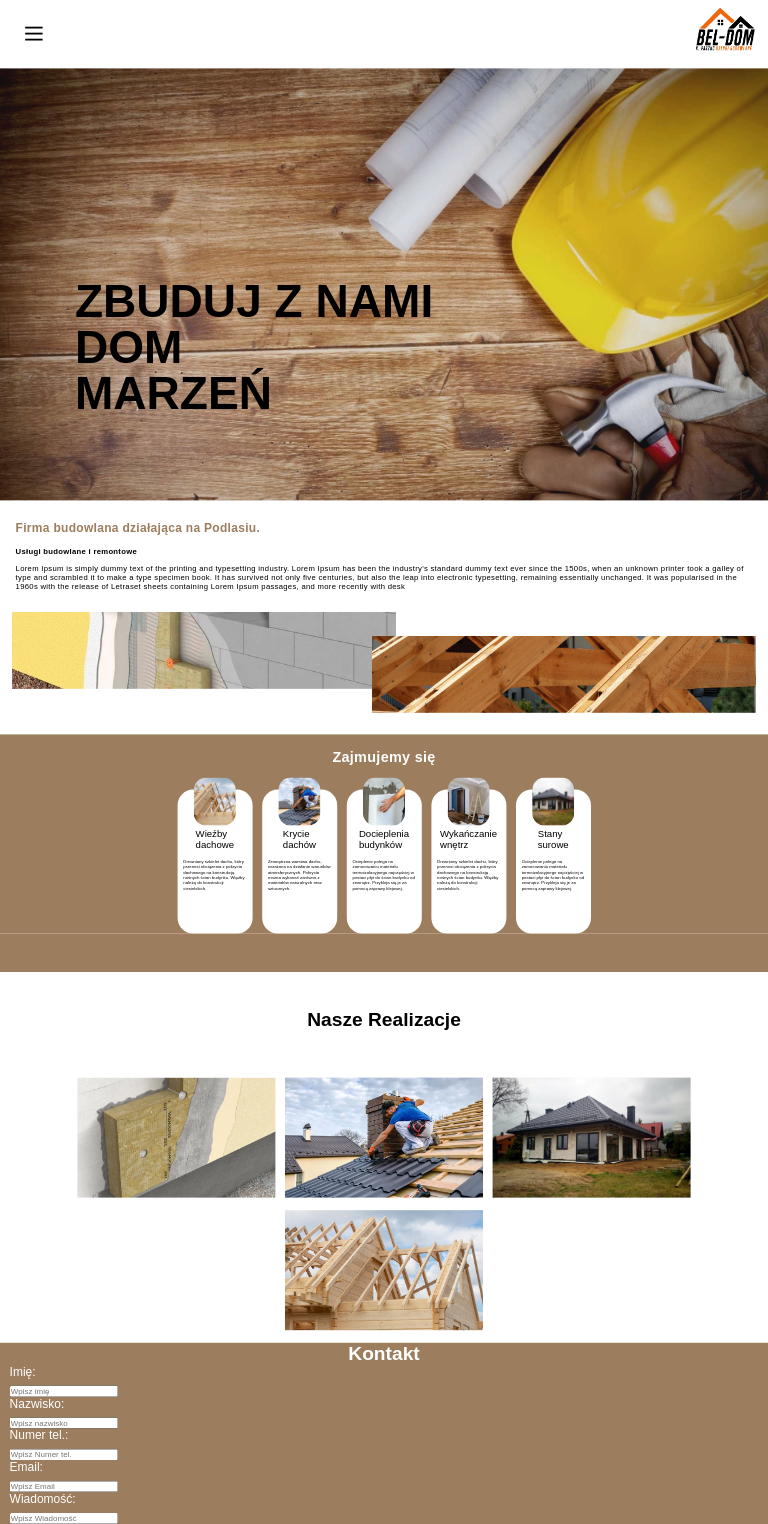
Repository: JakubPaszko2001/bel
Page: index.html
These files come from the project's save history. The page is drawn as it stood at one moment and after the next save; the edit follows.
The browser window is 1280 px wide. The pictures show the whole page, at 60% of full size.
Some web fonts or font styles are not loaded; a fallback is used.

Above is the page before, as saved 2022-03-05 16:46:02.

After the next save:
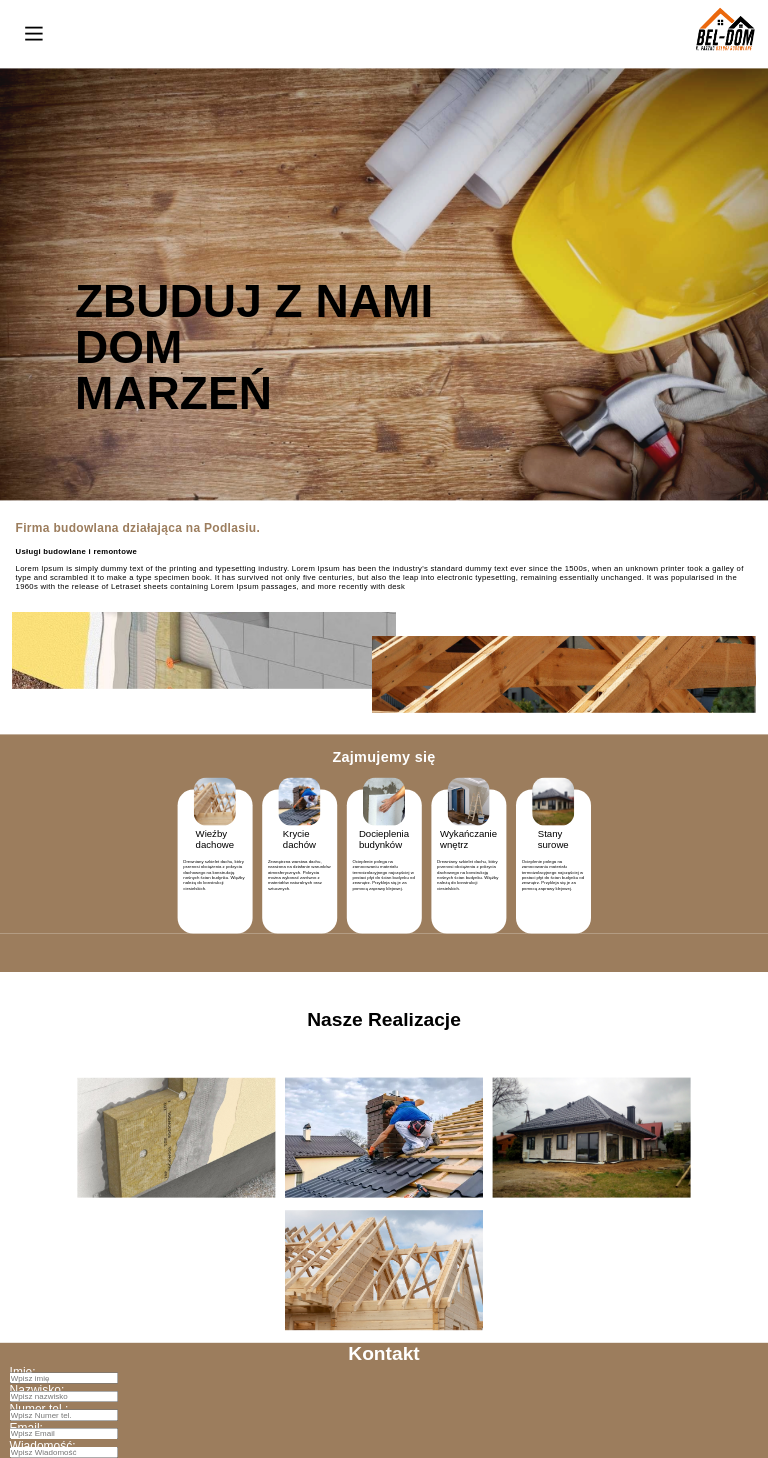
Saved 5 s later.
--- a/style.css
+++ b/style.css
@@ -291,5 +291,5 @@
 }
 .contact-text-title {
     font-size: 20px;
-    margin-bottom: 2px;
-}
+    margin-bottom: -20px;
+}
